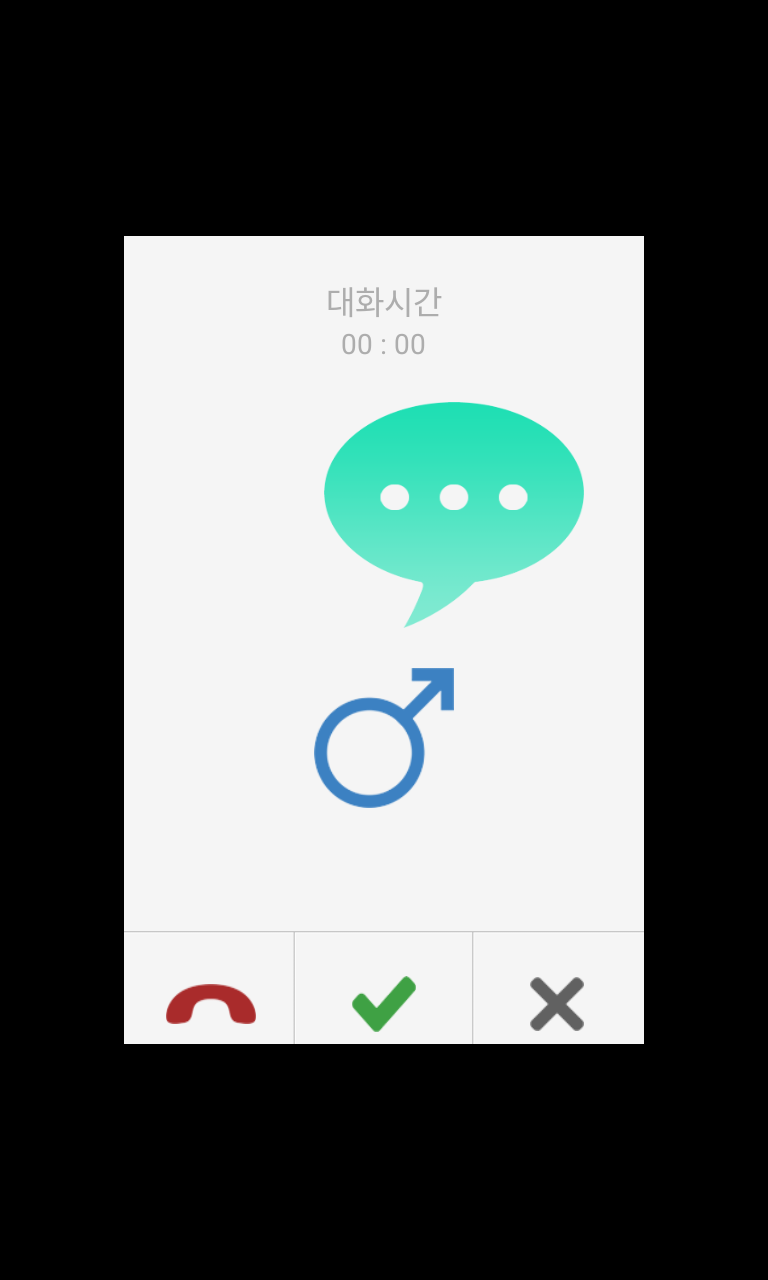
Repository: blacky512/smart_morning_call
Layout: client/SmartMorningCall/res/layout/voicechatting_frag.xml
The author's editor kept a copy of each file at every save. The layout is drawn from the files as they stood at one save, then again after the next save.
It is drawn on a 768 x 1280 px phone screen (xhdpi) without system bars, with theme android:Theme.NoTitleBar; the app's code is not run.

Above is the layout before, as saved 2013-02-24 12:11:50.

### client/SmartMorningCall/res/layout/voicechatting_frag.xml
<?xml version="1.0" encoding="utf-8"?>
<RelativeLayout xmlns:android="http://schemas.android.com/apk/res/android"
    android:layout_width="match_parent"
    android:layout_height="match_parent" >

    <LinearLayout
        android:id="@+id/linearLayout1"
        android:layout_width="260dp"
        android:layout_height="404dp"
        android:layout_centerHorizontal="true"
        android:layout_centerVertical="true"
        android:background="@drawable/callwindow"
        android:orientation="vertical"
        android:padding="0dp" >

        <LinearLayout
            android:layout_width="match_parent"
            android:layout_height="wrap_content"
            android:orientation="vertical" >

            <TextView
                android:id="@+id/TextView01"
                android:layout_width="wrap_content"
                android:layout_height="wrap_content"
                android:layout_gravity="center"
                android:layout_marginTop="20dp"
                android:text="대화시간"
                android:textAppearance="?android:attr/textAppearanceMedium"
                android:textColor="#adadad"
                android:textSize="16sp" />

            <TextView
                android:id="@+id/tvTimer"
                android:layout_width="wrap_content"
                android:layout_height="wrap_content"
                android:layout_gravity="center"
                android:layout_marginTop="0dp"
                android:text="00 : 00"
                android:textAppearance="?android:attr/textAppearanceMedium"
                android:textColor="#adadad"
                android:textSize="14sp" />

        </LinearLayout>

        <FrameLayout
            android:id="@+id/calling"
            android:layout_width="260dp"
            android:layout_height="250dp" >

            <LinearLayout
                android:layout_width="match_parent"
                android:layout_height="match_parent"
                android:orientation="vertical" >

                <RelativeLayout
                    android:layout_width="match_parent"
                    android:layout_height="wrap_content" >

                    <ImageView
                        android:id="@+id/imageView1"
                        android:layout_width="130dp"
                        android:layout_height="113dp"
                        android:layout_alignParentRight="true"
                        android:layout_alignParentTop="true"
                        android:layout_marginRight="30dp"
                        android:layout_marginTop="20dp"
                        android:alpha="1"
                        android:padding="0dp"
                        android:scaleType="fitXY"
                        android:src="@drawable/jhk_mal" />

                </RelativeLayout>

                <RelativeLayout
                    android:layout_width="match_parent"
                    android:layout_height="wrap_content" >

                    <ImageView
                        android:id="@+id/imageView2"
                        android:layout_width="70dp"
                        android:layout_height="70dp"
                        android:layout_centerHorizontal="true"
                        android:layout_marginTop="20dp"
                        android:scaleType="fitXY"
                        android:src="@drawable/jhk_m" />

                </RelativeLayout>

                <RelativeLayout
                    android:layout_width="match_parent"
                    android:layout_height="wrap_content" >
                </RelativeLayout>

            </LinearLayout>

        </FrameLayout>

        <RelativeLayout
            android:id="@+id/RelativeLayout1"
            android:layout_width="match_parent"
            android:layout_height="100dp"
            android:gravity="center_horizontal"
            android:padding="0dp" >

            <LinearLayout
                android:id="@+id/linearLayout2"
                android:layout_width="match_parent"
                android:layout_height="58dp"
                android:layout_alignParentBottom="true"
                android:layout_alignParentLeft="true" >

                <RelativeLayout
                    android:layout_width="87dp"
                    android:layout_height="match_parent"
                    android:layout_gravity="center" >

                    <Button
                        android:id="@+id/voicechat_cut"
                        android:layout_width="45dp"
                        android:layout_height="20dp"
                        android:layout_centerHorizontal="true"
                        android:layout_centerVertical="true"
                        android:background="@drawable/jhk_cut"
                        android:visibility="visible" />

                </RelativeLayout>

                <RelativeLayout
                    android:layout_width="86dp"
                    android:layout_height="match_parent" >

                    <Button
                        android:id="@+id/voicechat_confirm"
                        android:layout_width="32dp"
                        android:layout_height="28dp"
                        android:layout_centerInParent="true"
                        android:layout_margin="0dp"
                        android:layout_weight="1"
                        android:background="@drawable/jhk_confirm"
                        android:visibility="visible" />

                </RelativeLayout>

                <RelativeLayout
                    android:layout_width="87dp"
                    android:layout_height="match_parent" >

                    <Button
                        android:id="@+id/fake"
                        android:layout_width="27dp"
                        android:layout_height="27dp"
                        android:layout_centerInParent="true"
                        android:layout_weight="1"
                        android:background="@drawable/jhk_cancel"
                        android:clickable="false"
                        android:visibility="visible" />

                </RelativeLayout>
            </LinearLayout>

        </RelativeLayout>

    </LinearLayout>

</RelativeLayout>

After the next save:
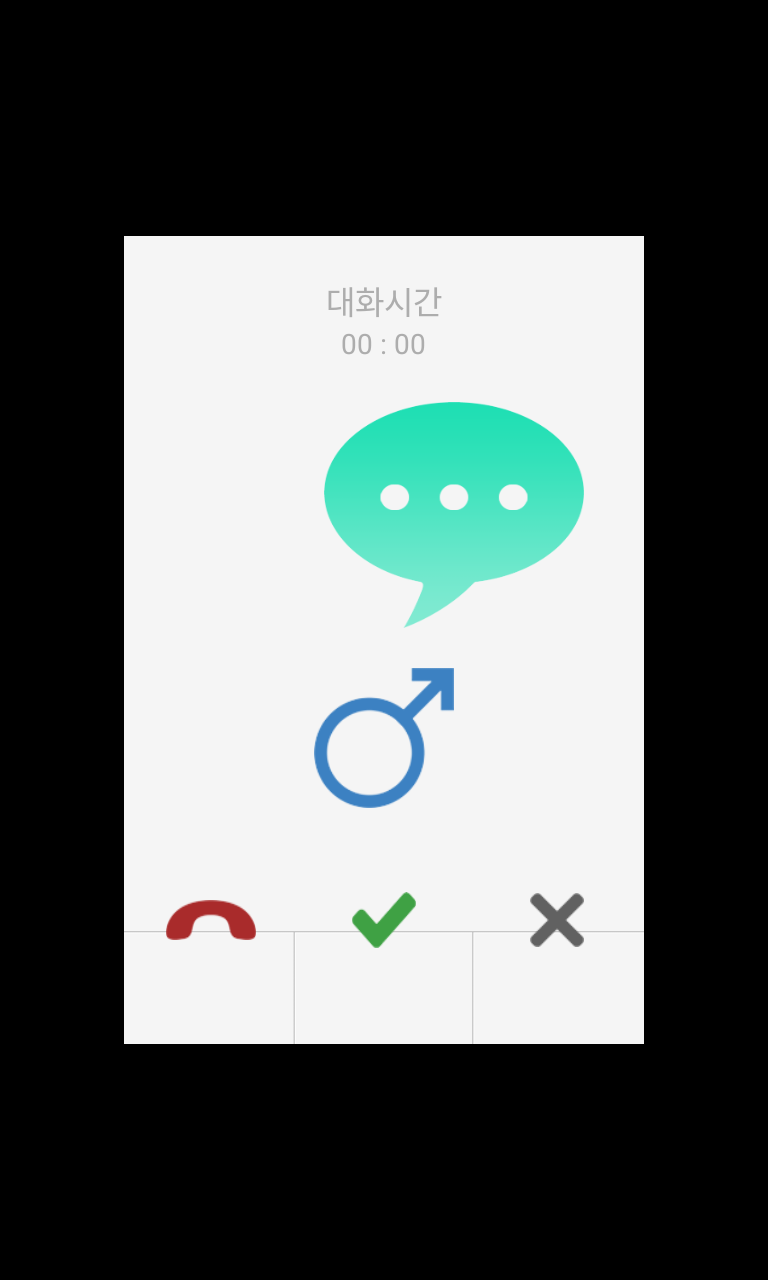
Saved 11 s later.
--- a/client/SmartMorningCall/res/layout/voicechatting_frag.xml
+++ b/client/SmartMorningCall/res/layout/voicechatting_frag.xml
@@ -98,7 +98,7 @@
         <RelativeLayout
             android:id="@+id/RelativeLayout1"
             android:layout_width="match_parent"
-            android:layout_height="100dp"
+            android:layout_height="58dp"
             android:gravity="center_horizontal"
             android:padding="0dp" >
 
